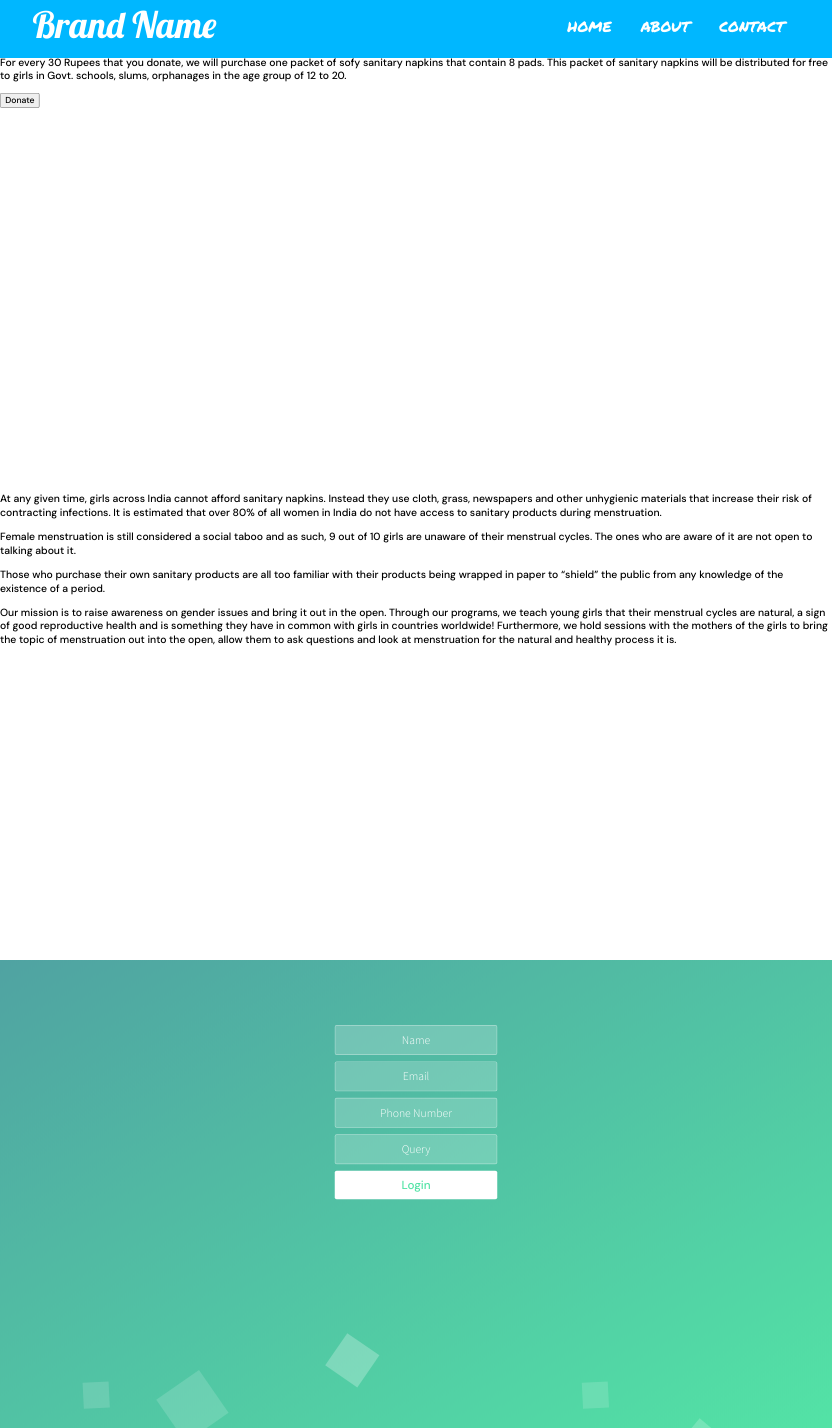
Repository: Jrap-bit/PeriodofSharing
Page: index.html
These files come from the project's save history. The page is drawn as it stood at one moment and after the next save; the edit follows.
The browser window is 1280 px wide. The pictures show the whole page, at 65% of full size.

Above is the page before, as saved 2022-01-15 13:02:14.

### index.html
<!DOCTYPE html>
<html lang="en">
  <head>
    <meta charset="UTF-8" />
    <meta http-equiv="X-UA-Compatible" content="IE=edge" />
    <meta name="viewport" content="width=device-width, initial-scale=1.0" />
    <link rel="stylesheet" href="style.css" />
    <title>#PeriodofSharing</title>
  </head>
  <body>
    <nav class="navbar">
      <div class="brand-title">Brand Name</div>
      <a href="#" class="toggle-button">
        <span class="bar"></span>
        <span class="bar"></span>
        <span class="bar"></span>
      </a>
      <div class="navbar-links">
        <ul>
          <li><a href="#Home">HOME</a></li>
          <li><a href="#About">ABOUT</a></li>
          <li><a href="#Contact">CONTACT</a></li>
        </ul>
      </div>
    </nav>
    <div id="Home" class="home">
        <h1>#PeriodofSharing</h1>
        <p>
            For every 30 Rupees that you donate, we will purchase one packet of sofy
            sanitary napkins that contain 8 pads. This packet of sanitary napkins
            will be distributed for free to girls in Govt. schools, slums,
            orphanages in the age group of 12 to 20.
        </p>
        <div>
            <button class="donate-button" href="Donate.html">Donate</button>
        </div>
    </div>
    <div id="About" class="about">
        <p>
            At any given time, girls across India cannot afford sanitary napkins.
            Instead they use cloth, grass, newspapers and other unhygienic materials
            that increase their risk of contracting infections. It is estimated that
            over 80% of all women in India do not have access to sanitary products
            during menstruation.
        </p>
        <p>
            Female menstruation is still considered a social taboo and as such, 9
            out of 10 girls are unaware of their menstrual cycles. The ones who are
        aware of it are not open to talking about it.
      </p>
      <p>
        Those who purchase their own sanitary products are all too familiar with
        their products being wrapped in paper to “shield” the public from any
        knowledge of the existence of a period.
      </p>
      <p>
        Our mission is to raise awareness on gender issues and bring it out in
        the open. Through our programs, we teach young girls that their
        menstrual cycles are natural, a sign of good reproductive health and is
        something they have in common with girls in countries worldwide!
        Furthermore, we hold sessions with the mothers of the girls to bring the
        topic of menstruation out into the open, allow them to ask questions and
        look at menstruation for the natural and healthy process it is.
      </p>
    </div>
    <div class = "contact" id = "Contact">
        <div class="wrapper">
            <div class="container">
                <form class="form">
                    <input type="text" placeholder="Name">
                    <input type="text" placeholder="Email">
                    <input type="text" placeholder="Phone Number">
                    <input type="text" placeholder="Query">
                    <button type="submit" id="login-button">Login</button>
                </form>
            </div>

            <ul class="bg-bubbles">
                <li></li>
                <li></li>
                <li></li>
                <li></li>
                <li></li>
                <li></li>
                <li></li>
                <li></li>
                <li></li>
                <li></li>
            </ul>
        </div>
    </div>
  </body>
</html>

### style.css
@import url('https://fonts.googleapis.com/css2?family=DM+Sans:wght@500&display=swap');
@import url('https://fonts.googleapis.com/css2?family=Bebas+Neue&family=Lobster&family=Permanent+Marker&display=swap');
@import url('https://fonts.googleapis.com/css?family=Source+Sans+Pro:200,300');


* {
    box-sizing: border-box;
    font-family: 'DM Sans', sans-serif;
    font-weight: 300;
}

body {
    margin: 0;
    padding: 0;
    font-family: 'Source Sans Pro', sans-serif;
	 color: black;
	 font-weight: 300;
}

body ::-webkit-input-placeholder {
    font-family: 'Source Sans Pro', sans-serif;
    color: white;
    font-weight: 300;
}
body :-moz-placeholder {
    font-family: 'Source Sans Pro', sans-serif;
    color: white;
    opacity: 1;
    font-weight: 300;
}
body ::-moz-placeholder {
    font-family: 'Source Sans Pro', sans-serif;
    color: white;
    opacity: 1;
    font-weight: 300;
}
body :-ms-input-placeholder {
    font-family: 'Source Sans Pro', sans-serif;
    color: white;
    font-weight: 300;
}
.wrapper {
    background: #50a3a2;
    background: -webkit-linear-gradient(top left,#50a3a2 0%,#53e3a6 100%);
    background: -moz-linear-gradient(top left,#50a3a2 0%,#53e3a6 100%);
    background: -o-linear-gradient(top left,#50a3a2 0%,#53e3a6 100%);
    background: linear-gradient(to bottom right,#50a3a2 0%,#53e3a6 100%);
    position: absolute;
    left: 0;
    width: 100%;
    height: 100vh;
    /* margin-top: -200px; */
    overflow: hidden;
}
.wrapper.form-success .container h1 {
    transform: translateY(85px);
}
.container {
    max-width: 600px;
    margin: 0 auto;
    padding: 80px 0;
    height: 400px;
    text-align: center;
}
.container h1 {
    font-size: 40px;
    transition-duration: 1s;
    transition-timing-function: ease-in-put;
    font-weight: 200;
}
form {
    padding: 20px 0;
    position: relative;
    z-index: 2;
}
form input {
    display: block;
    appearance: none;
    outline: 0;
    border: 1px solid rgba(255,255,255,0.4);
    background-color: rgba(255,255,255,0.2);
    width: 250px;
    border-radius: 3px;
    padding: 10px 15px;
    margin: 0 auto 10px auto;
    text-align: center;
    font-size: 18px;
    color: white;
    transition-duration: 0.25s;
    font-weight: 300;
}
form input:hover {
    background-color: rgba(255,255,255,0.4);
}
form input:focus {
    background-color: white;
    width: 300px;
    color: #53e3a6;
}
form button {
    appearance: none;
    outline: 0;
    background-color: white;
    border: 0;
    padding: 10px 15px;
    color: #53e3a6;
    border-radius: 3px;
    width: 250px;
    cursor: pointer;
    font-size: 18px;
    transition-duration: 0.25s;
}
form button:hover {
    background-color: #f5f7f9;
}
.bg-bubbles {
    position: absolute;
    top: 0;
    left: 0;
    width: 100%;
    height: 100%;
    z-index: 1;
}
.bg-bubbles li {
    position: absolute;
    list-style: none;
    display: block;
    width: 40px;
    height: 40px;
    background-color: rgba(255,255,255,0.15);
    bottom: -160px;
    -webkit-animation: square 25s infinite;
    animation: square 25s infinite;
    -webkit-transition-timing-function: linear;
    transition-timing-function: linear;
}
.bg-bubbles li:nth-child(1) {
    left: 10%;
}
.bg-bubbles li:nth-child(2) {
    left: 20%;
    width: 80px;
    height: 80px;
    animation-delay: 2s;
    animation-duration: 17s;
}
.bg-bubbles li:nth-child(3) {
    left: 25%;
    animation-delay: 4s;
}
.bg-bubbles li:nth-child(4) {
    left: 40%;
    width: 60px;
    height: 60px;
    animation-duration: 22s;
    background-color: rgba(255,255,255,0.25);
}
.bg-bubbles li:nth-child(5) {
    left: 70%;
}
.bg-bubbles li:nth-child(6) {
    left: 80%;
    width: 120px;
    height: 120px;
    animation-delay: 3s;
    background-color: rgba(255,255,255,0.2);
}
.bg-bubbles li:nth-child(7) {
    left: 32%;
    width: 160px;
    height: 160px;
    animation-delay: 7s;
}
.bg-bubbles li:nth-child(8) {
    left: 55%;
    width: 20px;
    height: 20px;
    animation-delay: 15s;
    animation-duration: 40s;
}
.bg-bubbles li:nth-child(9) {
    left: 25%;
    width: 10px;
    height: 10px;
    animation-delay: 2s;
    animation-duration: 40s;
    background-color: rgba(255,255,255,0.3);
}
.bg-bubbles li:nth-child(10) {
    left: 90%;
    width: 160px;
    height: 160px;
    animation-delay: 11s;
}
@-webkit-keyframes square {
    0% {
        transform: translateY(0);
   }
    100% {
        transform: translateY(-700px) rotate(600deg);
   }
}
@keyframes square {
    0% {
        transform: translateY(0);
   }
    100% {
        transform: translateY(-700px) rotate(600deg);
   }
}

html{
    scroll-behavior: smooth;
}

.navbar{
    display: flex;
    justify-content: space-between;
    align-items: center;
    background-color: rgb(0, 183, 255);
    color: white;
    width: 100%;
    margin-top: -30px;
    position: fixed;
}

.brand-title{
    font-family: 'Lobster', cursive;
    font-size: 3.5rem;
    margin: 10px 50px;
    margin-bottom: 15px;

}

.navbar-links ul{
    margin: 10px 50px 10px 50px;
    display: flex;
}

.navbar-links li {
    font-family: 'Permanent Marker', cursive;
    font-weight: bold;
    list-style: none;
    font-size: 1.4rem;

}

.navbar-links li a{
    font-family: 'Permanent Marker', cursive;
    text-decoration: none;
    color: white;
    padding: 1.4rem;
    display: block;
}

.navbar-links li:hover{
    background-color: rgb(1, 54, 75);
}

.toggle-button {
    position: absolute;
    top: .75rem;
    right: 1rem;
    display: none;
    flex-direction: column;
    justify-content: space-between;
    width: 30px;
    height: 21px;
}

.toggle-button .bar{
    height: 3px;
    width: 100%;
    background-color: white;
    border-radius: 10px;
}
.about{
    height: 100vh;

}

.home{
    height: 100vh;
}

@media (max-width: 800px) {
    .toggle-button{
        display: flex;
    }
    .navbar-links{
        display: none;
        width: 100%;
    }

    .navbar{
        flex-direction: column;
        align-items: flex-start;
    }

    .navbar-links ul {
        flex-direction: column;
        width: 100%;

    }

    .navbar-links li{
        text-align: center;
    }

    .navbar-links li a{
        padding: 0.5rem 1rem;
    }

    .navbar-links.active{
        display: flex;
    }

    .toggle-button:hover{
        background-color: #666;
    }
}

After the next save:
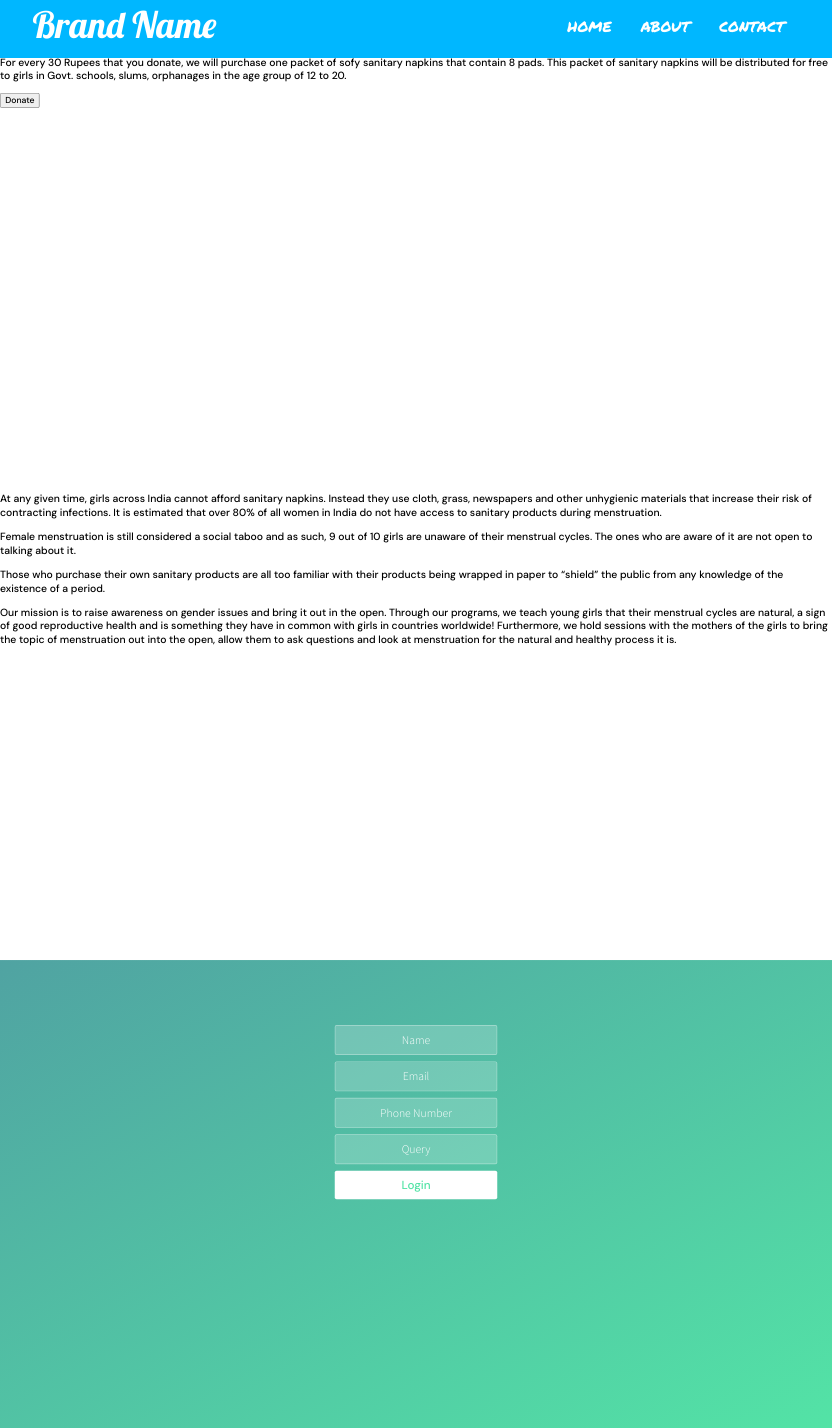
Saved 15 s later.
--- a/index.html
+++ b/index.html
@@ -24,28 +24,28 @@
       </div>
     </nav>
     <div id="Home" class="home">
-        <h1>#PeriodofSharing</h1>
-        <p>
-            For every 30 Rupees that you donate, we will purchase one packet of sofy
-            sanitary napkins that contain 8 pads. This packet of sanitary napkins
-            will be distributed for free to girls in Govt. schools, slums,
-            orphanages in the age group of 12 to 20.
-        </p>
-        <div>
-            <button class="donate-button" href="Donate.html">Donate</button>
-        </div>
+      <h1>#PeriodofSharing</h1>
+      <p>
+        For every 30 Rupees that you donate, we will purchase one packet of sofy
+        sanitary napkins that contain 8 pads. This packet of sanitary napkins
+        will be distributed for free to girls in Govt. schools, slums,
+        orphanages in the age group of 12 to 20.
+      </p>
+      <div>
+        <button class="donate-button" href="Donate.html">Donate</button>
+      </div>
     </div>
     <div id="About" class="about">
-        <p>
-            At any given time, girls across India cannot afford sanitary napkins.
-            Instead they use cloth, grass, newspapers and other unhygienic materials
-            that increase their risk of contracting infections. It is estimated that
-            over 80% of all women in India do not have access to sanitary products
-            during menstruation.
-        </p>
-        <p>
-            Female menstruation is still considered a social taboo and as such, 9
-            out of 10 girls are unaware of their menstrual cycles. The ones who are
+      <p>
+        At any given time, girls across India cannot afford sanitary napkins.
+        Instead they use cloth, grass, newspapers and other unhygienic materials
+        that increase their risk of contracting infections. It is estimated that
+        over 80% of all women in India do not have access to sanitary products
+        during menstruation.
+      </p>
+      <p>
+        Female menstruation is still considered a social taboo and as such, 9
+        out of 10 girls are unaware of their menstrual cycles. The ones who are
         aware of it are not open to talking about it.
       </p>
       <p>
@@ -63,31 +63,31 @@
         look at menstruation for the natural and healthy process it is.
       </p>
     </div>
-    <div class = "contact" id = "Contact">
-        <div class="wrapper">
-            <div class="container">
-                <form class="form">
-                    <input type="text" placeholder="Name">
-                    <input type="text" placeholder="Email">
-                    <input type="text" placeholder="Phone Number">
-                    <input type="text" placeholder="Query">
-                    <button type="submit" id="login-button">Login</button>
-                </form>
-            </div>
+    <div class="contact" id="Contact">
+      <div class="wrapper">
+        <div class="container">
+          <form class="form">
+            <input type="text" placeholder="Name" />
+            <input type="text" placeholder="Email" />
+            <input type="text" placeholder="Phone Number" />
+            <input type="text" placeholder="Query" />
+            <button type="submit" id="login-button">Login</button>
+          </form>
+        </div>
 
-            <ul class="bg-bubbles">
-                <li></li>
-                <li></li>
-                <li></li>
-                <li></li>
-                <li></li>
-                <li></li>
-                <li></li>
-                <li></li>
-                <li></li>
-                <li></li>
-            </ul>
-        </div>
+        <!-- <ul class="bg-bubbles">
+          <li></li>
+          <li></li>
+          <li></li>
+          <li></li>
+          <li></li>
+          <li></li>
+          <li></li>
+          <li></li>
+          <li></li>
+          <li></li>
+        </ul> -->
+      </div>
     </div>
   </body>
 </html>
